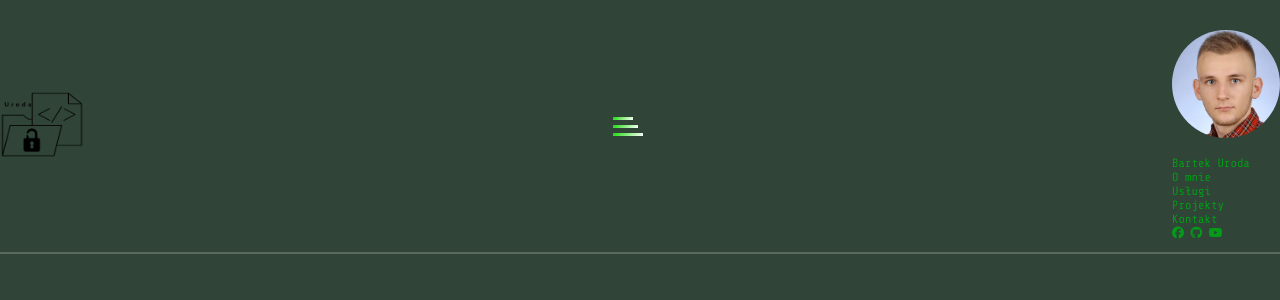
Repository: BartekUroda/portfolio
Page: index.html
An editor plug-in stored every save of this project. The page is shown before and after the next save, followed by the edit.
The browser window is 1280 px wide. The pictures show the whole page.
Some web libraries are served in a nearby version.

Above is the page before, as saved 2020-10-26 21:18:06.

### index.html
<!DOCTYPE html>
<html lang="en">
<head>
    <meta charset="UTF-8">
    <meta name="viewport" content="width=device-width, initial-scale=1.0">
    <title>Portfolio-Bartek Uroda</title>
    <link rel="stylesheet" type="text/css" href="css/style.css">
    <script src="js/script.js"></script>
    <link href="https://fonts.googleapis.com/css2?family=Poppins&sfamily=Share+Tech+Mono&display=swap" rel="stylesheet">
    <script src="https://kit.fontawesome.com/056e5c10dc.js" crossorigin="anonymous"></script>
    <link rel="shortcut icon" type="image/x-icon" href="images/favicon.ico" />
</head>
 <body>
    <header>
        <div class="container">
            <nav>
                <div class="nav-brand">
                    <a href="index.html">
                        <img src="images/logo.png" alt="Uroda">
                    </a>
                </div>
                <div class="burger-menu-icon">
                    <div class="line1"></div>
                    <div class="line2"></div>
                    <div class="line3"></div>
                </div>
                <ul class="nav-list">
                    <li class="nav-item">
                      <a href="#landing-page">
                        <img
                          src="images/profile.jpeg"
                          alt="Bartek Uroda"
                          class="profile-pic nav-link"
                        >
                        <span class="caption nav-link">Bartek Uroda</span>
                      </a>
                    </li>
                    <li class="nav-item">
                      <a href="#about" class="nav-link">O mnie</a>
                    </li>
                    <li class="nav-item">
                      <a href="#services" class="nav-link">Usługi</a>
                    </li>
                    <li class="nav-item">
                      <a href="#projects" class="nav-link">Projekty</a>
                    </li>
                    <li class="nav-item">
                      <a href="#contact" class="nav-link">Kontakt</a>
                    </li>
                    <li class="nav-item">
                      <a href="https://www.facebook.com/bartlomiej.uroda.3" target="_blank" class="nav-link">
                        <i class="fab fa-facebook"></i>
                      </a>
                      <a href="https://github.com/Urodii" target="_blank" class="nav-link">
                        <i class="fab fa-github"></i>
                      </a>
                      <a href="https://www.youtube.com/channel/UCzT1h5RNvmbtrmKT5hPjyAg?view_as=subscriber" target="_blank" class="nav-link">
                        <i class="fab fa-youtube"></i>
                      </a>
                    </li>
                  </ul>
            </nav>
        </div>
    </header>
 </body>
</html>

### css/style.css
/* ----------GLOBAL STYLES---------- */
*,
*::before,
*::after {
  margin: 0;
  padding: 0;
  box-sizing: inherit;
}
html {
    font-family: "Share Tech Mono", monospace;
    font-size: 12px;
    box-sizing: border-box;
    scroll-behavior: smooth;
    color: #e7e7e7;
    background: rgb(49, 68, 56);
}

a {
    text-decoration: none;
    color: rgb(3, 155, 23);
}

a:hover {
    color: rgba(249, 105, 14, 1);
}

ul {
    list-style: none;
}

p {
    font-size: 1.4rem;
}

img {
    width: 100%;
    max-width: 100%;
    height: auto;
}
/* ----------HEADER---------- */
header {
    width: 100%;
    height: 5rem;
    position: absolute;
    top: 0;
    left: 0;
    z-index: 1;
}
.contenier {
    width: 100%;
    max-width: 90rem;
    margin: 0 auto;
    padding: 0 1.5rem;
}
.nav-brand {
    width: 7rem;
}
nav {
    width: 100%;
    display: flex;
    align-items: center;
    justify-content: space-between;
    padding: 1rem 0;
    border-bottom: 2px solid rgba(255, 255, 255, .2);
}
.line1 {
    width: 20px;
    height: 3px;
    margin: 5px 0;
    background: linear-gradient(
      135deg,
      rgb(27, 218, 10) 0%,
      rgb(255, 255, 255) 100%
    );
}
.line2 {
    width: 25px;
    height: 3px;
    background: linear-gradient(
      135deg,
      rgb(27, 218, 10) 0%,
      rgb(255, 255, 255) 100%
    );
}
.line3 {
    width: 30px;
    height: 3px;
    margin: 5px 0;
    background: linear-gradient(
      135deg,
      rgb(27, 218, 10) 0%,
      rgb(255, 255, 255) 100%
    );
}
.burger-menu-icon {
    cursor: pointer;
    z-index: 999;
}
.profile-pic {
    height: 9rem;
    width: auto;
    border-radius: 50%;
    display: block;
    margin: 1.5rem 0;
}

Loaded but not shown: js/script.js (no stored copy; drawn as an empty file)

After the next save:
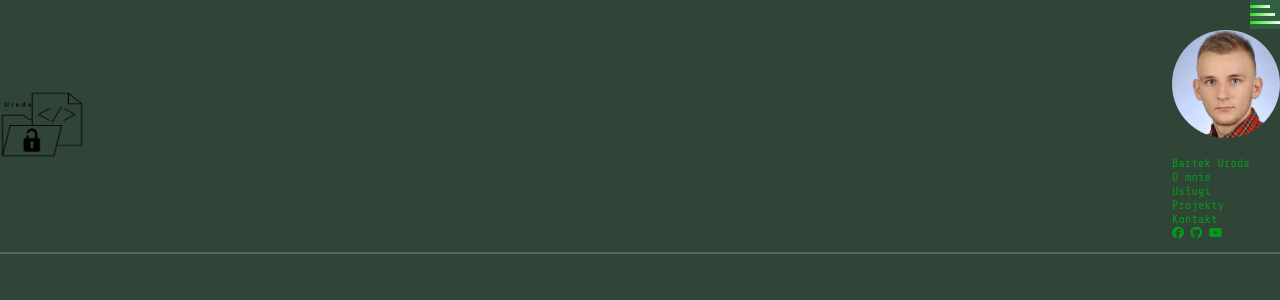
Saved 14 min 17 s later.
--- a/css/style.css
+++ b/css/style.css
@@ -95,6 +95,10 @@ nav {
 .burger-menu-icon {
     cursor: pointer;
     z-index: 999;
+    position: fixed;
+    right: 0;
+    top: 0;
+    background-color: rgba(50, 107, 71, 0.753);
 }
 .profile-pic {
     height: 9rem;
